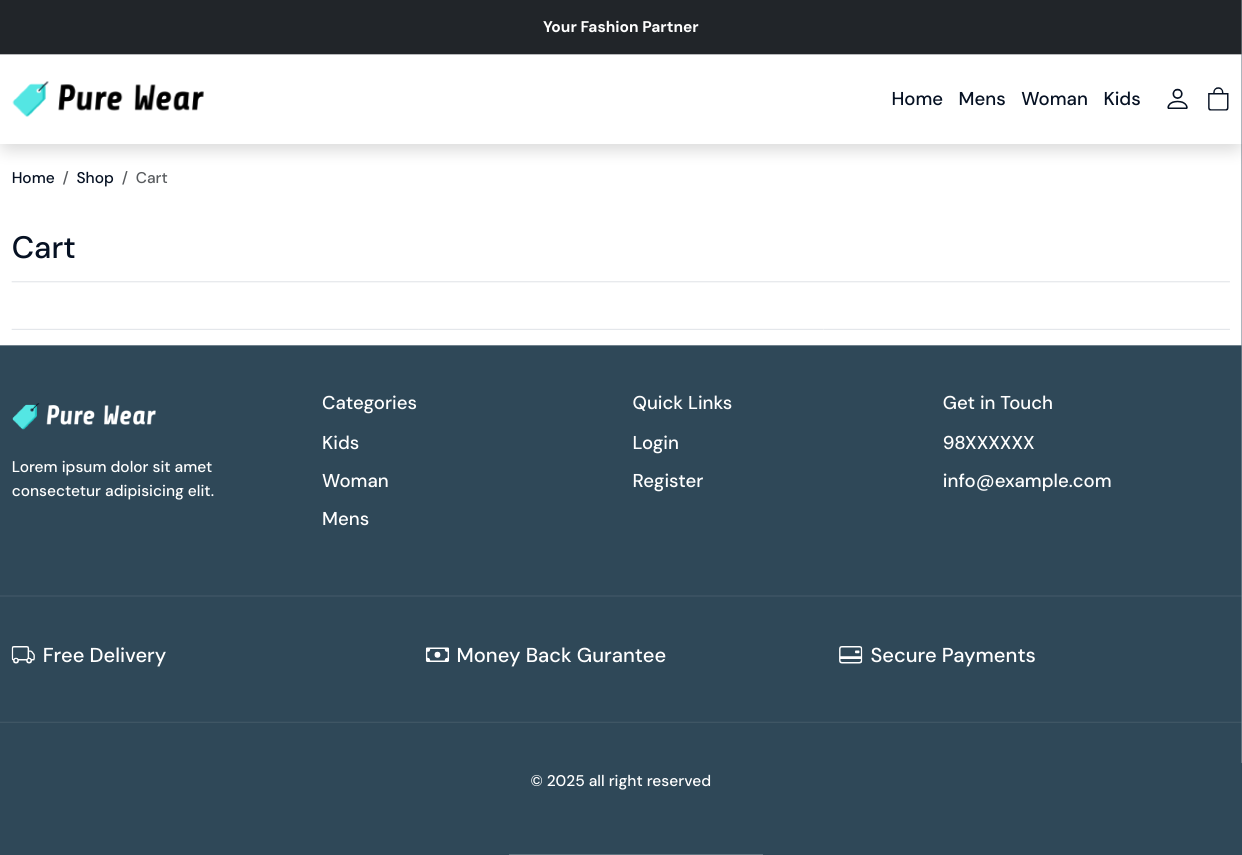
Repository: rajendratamang/react_ecommerce
Page: /cart
The author's editor kept a copy of each file at every save. The page is drawn from the files as they stood at one save, then again after a run of saves.
The browser window is 1280 px wide. The pictures show the whole page, at 97% of full size.
The project was rebuilt for these pictures with package versions that can differ from the ones it lists, and the page was loaded fresh each time. Also part of the build but not shown: vite.config.js, src/components/common/LatestProduct.jsx, src/components/common/FeaturedProducts.jsx, src/components/Home.jsx, src/components/Shop.jsx, src/components/Product.jsx.

Above is the page before, as saved 2025-11-06 14:48:12.

### index.html
<!doctype html>
<html lang="en">
  <head>
    <meta charset="UTF-8" />
    <link rel="icon" type="image/svg+xml" href="/vite.svg" />
    <meta name="viewport" content="width=device-width, initial-scale=1.0" />
    <title>react-ecommerce-frontend</title>
  </head>
  <body>
    <div id="root"></div>
    <script type="module" src="/src/main.jsx"></script>
  </body>
</html>

### src/main.jsx
import { StrictMode } from 'react'
import { createRoot } from 'react-dom/client'
import App from './App.jsx'
//import react bootstrap
import 'bootstrap/dist/css/bootstrap.min.css';
// import fonts
import './assets/css/style.scss';

createRoot(document.getElementById('root')).render(
  <StrictMode>
    <App />
  </StrictMode>,
)

### src/App.jsx
import { BrowserRouter, Route, Routes } from 'react-router-dom';
import Home from './components/Home';
import Shop from './components/Shop';
import Product from './components/Product';
import Cart from './components/Cart';

function App() {
  return (
    <BrowserRouter>
      <Routes>
        <Route path="/" element={<Home />} />
        <Route path="/shop" element={<Shop />} />
        <Route path="/product" element={<Product />} />
        <Route path="/cart" element={<Cart />} />
      </Routes>
    </BrowserRouter>
  );
}

export default App;

### src/assets/css/style.scss
@import url('https://fonts.googleapis.com/css2?family=DM+Sans:ital,opsz,wght@0,9..40,100..1000;1,9..40,100..1000&display=swap');

$primary-font: "DM Sans", sans-serif;
$primary-white: #FFF;
$primary-color: #43c3D1;
$primary-black: #061123;
$secondary-color: #0284FF;
$tertiary-color: #2F4858;



body {
    font-family: $primary-font;
    font-size: 1em;
    color: $primary-black;
    font-weight: 500;
}

h1 {
    font-size: 2.5em;
}

h2 {
    font-size: 2em;
}

h3 {
    font-size: 1.3em;
}

h4 {
    font-size: 1em;
}

a {
    text-decoration: none;
    color: $primary-black;

    &::hover {
        color: $primary-color;
    }
}

.primary-text {
    color: $primary-color ;
}

.secondary-text {
    color: $secondary-color ;
}


ul {
    padding-left: 0;

    li {
        list-style: none;
    }
}

.container {
    max-width: 1440px;
}

.nav-tabs {
    .nav-link {
        color: $primary-black;
    }
}

.btn {
    &.btn-size {
        background-color: rgba($primary-black, 0.03);
        border-color: rgba($primary-black, 0.05);
        padding: 7px 15px;

        &.active {
            border-color: rgba($primary-black, 0.20);
            ;
        }

        &:hover {
            border-color: rgba($primary-black, 0.20);
            ;
            color: $primary-black;
        }
    }

    &.btn-primary {
        background-color: $primary-color;
        border-color: $primary-color;
        padding: 7px 25px;

        &:hover {
            background-color: $primary-black;
            border-color: $primary-black;
            color: $primary-white;
        }
    }

    &.btn-secondary {
        background-color: $primary-black;
        border-color: $primary-black;
        color: $primary-white;
        padding: 7px 25px;

        &:hover {
            background-color: $primary-color;
            border-color: $primary-color;
            color: $primary-white;
        }
    }
}

header {
    .navbar-expand-lg {
        .navbar-nav {
            .nav-link {
                padding: 10 px 15 px;
                font-size: 1.2em;
                font-weight: 500;
                color: $primary-black;
            }
        }
    }
}

footer {
    background-color: $tertiary-color;

    h2 {
        font-size: 1.2em;
    }

    ul {
        li {
            margin-top: 10px;

            a {
                font-size: 1.2em;
                color: $primary-white;
            }
        }
    }

    .spotlight {
        border-top: 1px solid rgba($primary-white, 0.10);
        border-bottom: 1px solid rgba($primary-white, 0.10);
    }

}

.section-1 {
    .swiper {
        .swiper-slide {
            height: 650px;

            .content {
                height: 100%;
                width: 100%;
                background-repeat: no-repeat;
                background-size: cover;
            }
        }
    }
}


.product {


    .card-img {
        overflow: hidden;
        border-radius: 10px;


        img {
            border-radius: 10px;
            transition: all 0.3s ease-out;
        }

    }

    &:hover {
        img {
            scale: 1.2;
        }
    }

    .card-body {
        padding: 0;

        a {
            font-size: 1.2 em;

            &:hover {
                color: $primary-color;
            }

        }

        .price {
            font-size: 1.2 em;

            span {
                color: rgba($primary-black, 0.5);
            }
        }
    }

    .product-detail {
        .mySwiper {
            .swiper-slide {
                height: auto !important;
            }
        }

        .price {
            font-weight: bold;

            span {
                color: rgba($primary-black, 0.50);
            }

        }
    }
}

### src/components/Cart.jsx
import React from 'react'
import Layout from './common/Layout'
import Home from './home'
import Shop from './shop'
import { Link } from 'react-router-dom'
import ProductImg from '../assets/images/Mens/six.jpg'

const Cart = () => {
    return (
        <Layout>
            <div className="container">
                <div className="row">
                    <div className="col-md-12">
                        <nav aria-label="breadcrumb" className='py-4'>
                            <ol className="breadcrumb">
                                <li className="breadcrumb-item"><Link to="/home">Home</Link></li>
                                <li className="breadcrumb-item" ><Link to="/shop">Shop</Link></li>
                                <li className="breadcrumb-item active" aria-current="page">Cart</li>
                            </ol>
                        </nav>
                    </div>
                    <div className="col-md-12">
                        <h2 className='border-bottom pb-3'>Cart </h2>
                        <table className='table'>
                            <tbody>
                                <tr>
                                    <td><img src="" alt="" /></td>
                                    <td></td>
                                    <td></td>
                                </tr>
                            </tbody>
                        </table>
                    </div>
                </div>
            </div>
        </Layout>

    )
}

export default Cart

### src/components/common/Layout.jsx
import React from 'react'
import Header from './Header'
import Footer from './Footer'

const Layout = ({ children }) => {
    return (
        <>
            <Header />
            {children}
            <Footer />

        </>
    )
}

export default Layout

### src/components/common/Header.jsx
import React from 'react'
import Nav from 'react-bootstrap/Nav';
import Navbar from 'react-bootstrap/Navbar';
import logo from '../../assets/images/logo.png'
import { Link } from 'react-router-dom';
const Header = () => {
    return (
        <header className='shadow'>
            <div className="bg-dark text-center py-3">
                <span className='text-white fw-bold'>
                    Your Fashion Partner
                </span>
            </div>
            {/* navbar */}
            <div className="container">
                <Navbar expand="lg" className="" width={170}>
                    <Navbar.Brand href="/">
                        {/* logo */}
                        <img src={logo} alt="" />
                    </Navbar.Brand>
                    <Navbar.Toggle aria-controls="navbarScroll" />
                    <Navbar.Collapse id="navbarScroll">
                        <Nav
                            className="ms-auto my-2 my-lg-0"
                            navbarScroll
                        >
                            <Nav.Link href="#action1">Home</Nav.Link>
                            <Nav.Link href="#action2">Mens</Nav.Link>
                            <Nav.Link href="#action2">Woman</Nav.Link>
                            <Nav.Link href="#action2">Kids</Nav.Link>
                        </Nav>
                        <div className="nav-right d-flex">
                            <a href="" className='ms-3'>
                                <svg xmlns="http://www.w3.org/2000/svg" width="28" height="28" fill="currentColor" className="bi bi-person" viewBox="0 0 16 16"><path d="M8 8a3 3 0 1 0 0-6 3 3 0 0 0 0 6m2-3a2 2 0 1 1-4 0 2 2 0 0 1 4 0m4 8c0 1-1 1-1 1H3s-1 0-1-1 1-4 6-4 6 3 6 4m-1-.004c-.001-.246-.154-.986-.832-1.664C11.516 10.68 10.289 10 8 10s-3.516.68-4.168 1.332c-.678.678-.83 1.418-.832 1.664z"></path></svg>
                            </a>
                            <Link to="/cart" className='ms-3'>
                                <svg xmlns="http://www.w3.org/2000/svg" width="24" height="28" fill="currentColor" className="bi bi-bag" viewBox="0 0 16 16"><path d="M8 1a2.5 2.5 0 0 1 2.5 2.5V4h-5v-.5A2.5 2.5 0 0 1 8 1m3.5 3v-.5a3.5 3.5 0 1 0-7 0V4H1v10a2 2 0 0 0 2 2h10a2 2 0 0 0 2-2V4zM2 5h12v9a1 1 0 0 1-1 1H3a1 1 0 0 1-1-1z"></path></svg>
                            </Link>
                        </div>
                        {/* <Form className="d-flex">
                <Form.Control
                  type="search"
                  placeholder="Search"
                  className="me-2"
                  aria-label="Search"
                />
                <Button variant="outline-success">Search</Button>
              </Form> */}
                    </Navbar.Collapse>
                </Navbar>
            </div>

        </header>

    )
}

export default Header

### src/components/common/Footer.jsx
import React from 'react'
import logoBlack from '../../assets/images/logo-white.png'
const Footer = () => {
    return (
        <footer className='py-5 text-white'>
            <div className="container">
                <div className="row mb-5">
                    <div className="col-md-3">
                        <img src={logoBlack} alt="" width={150} />
                        <div className='pt-3 pe-5'>Lorem ipsum dolor sit amet consectetur adipisicing elit.</div>
                    </div>
                    <div className="col-md-3">
                        <h2 className='mb-3'>Categories</h2>
                        <ul>
                            <li><a href="">Kids</a></li>
                            <li><a href="">Woman</a></li>
                            <li><a href="">Mens</a></li>
                        </ul>
                    </div>
                    <div className="col-md-3">
                        <h2 className='mb-3'>Quick Links</h2>
                        <ul>
                            <li><a href="">Login</a></li>
                            <li><a href="">Register</a></li>
                        </ul>
                    </div>
                    <div className="col-md-3">
                        <h2 className='mb-3'>Get in Touch</h2>
                        <ul>
                            <li><a href="">98XXXXXX</a></li>
                            <li><a href="">info@example.com</a></li>
                        </ul>
                    </div>
                </div>


                <div className="row spotlight py-5">
                    <div className="col-md-4">
                        <div className="d-flex ustify-content-center">
                            <svg xmlns="http://www.w3.org/2000/svg" width="24" height="24" fill="currentColor" class="bi bi-truck" viewBox="0 0 16 16"><path d="M0 3.5A1.5 1.5 0 0 1 1.5 2h9A1.5 1.5 0 0 1 12 3.5V5h1.02a1.5 1.5 0 0 1 1.17.563l1.481 1.85a1.5 1.5 0 0 1 .329.938V10.5a1.5 1.5 0 0 1-1.5 1.5H14a2 2 0 1 1-4 0H5a2 2 0 1 1-3.998-.085A1.5 1.5 0 0 1 0 10.5zm1.294 7.456A2 2 0 0 1 4.732 11h5.536a2 2 0 0 1 .732-.732V3.5a.5.5 0 0 0-.5-.5h-9a.5.5 0 0 0-.5.5v7a.5.5 0 0 0 .294.456M12 10a2 2 0 0 1 1.732 1h.768a.5.5 0 0 0 .5-.5V8.35a.5.5 0 0 0-.11-.312l-1.48-1.85A.5.5 0 0 0 13.02 6H12zm-9 1a1 1 0 1 0 0 2 1 1 0 0 0 0-2m9 0a1 1 0 1 0 0 2 1 1 0 0 0 0-2"></path></svg>

                            <h3 className='ps-2'>Free Delivery</h3>
                        </div>
                    </div>
                    <div className="col-md-4">
                        <div className="d-flex ustify-content-center">
                            <svg xmlns="http://www.w3.org/2000/svg" width="24" height="24" fill="currentColor" class="bi bi-cash" viewBox="0 0 16 16"><path d="M8 10a2 2 0 1 0 0-4 2 2 0 0 0 0 4"></path><path d="M0 4a1 1 0 0 1 1-1h14a1 1 0 0 1 1 1v8a1 1 0 0 1-1 1H1a1 1 0 0 1-1-1zm3 0a2 2 0 0 1-2 2v4a2 2 0 0 1 2 2h10a2 2 0 0 1 2-2V6a2 2 0 0 1-2-2z"></path></svg>

                            <h3 className='ps-2'>Money Back Gurantee</h3>
                        </div>
                    </div>
                    <div className="col-md-4">
                        <div className="d-flex ustify-content-center">
                            <svg xmlns="http://www.w3.org/2000/svg" width="24" height="24" fill="currentColor" class="bi bi-credit-card-2-back" viewBox="0 0 16 16"><path d="M11 5.5a.5.5 0 0 1 .5-.5h2a.5.5 0 0 1 .5.5v1a.5.5 0 0 1-.5.5h-2a.5.5 0 0 1-.5-.5z"></path><path d="M2 2a2 2 0 0 0-2 2v8a2 2 0 0 0 2 2h12a2 2 0 0 0 2-2V4a2 2 0 0 0-2-2zm13 2v5H1V4a1 1 0 0 1 1-1h12a1 1 0 0 1 1 1m-1 9H2a1 1 0 0 1-1-1v-1h14v1a1 1 0 0 1-1 1"></path></svg>

                            <h3 className='ps-2'>Secure Payments</h3>
                        </div>
                    </div>
                </div>

                <div className="row">
                    <div className="col-md-12 text-center pt-5">
                        <p>&copy; 2025 all right reserved</p>
                    </div>
                </div>
            </div>
        </footer>
    )
}

export default Footer

After the next 5 saves:
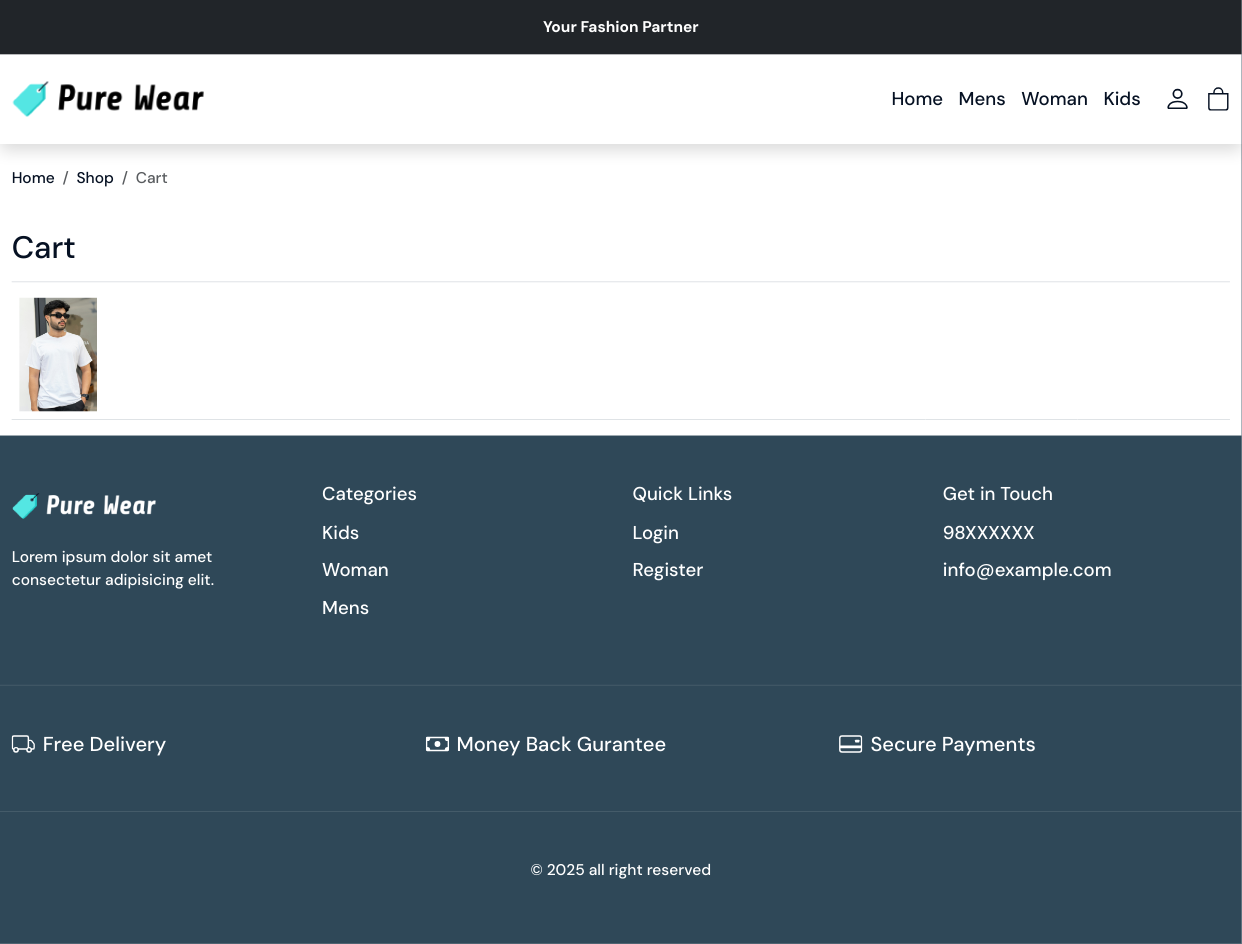
The 5 saves are shown as one change because they came seconds apart.
The last was saved 14 s later.
--- a/src/components/Cart.jsx
+++ b/src/components/Cart.jsx
@@ -24,7 +24,7 @@ const Cart = () => {
                         <table className='table'>
                             <tbody>
                                 <tr>
-                                    <td><img src="" alt="" /></td>
+                                    <td><img src={ProductImg} width={80} alt="" /></td>
                                     <td></td>
                                     <td></td>
                                 </tr>
